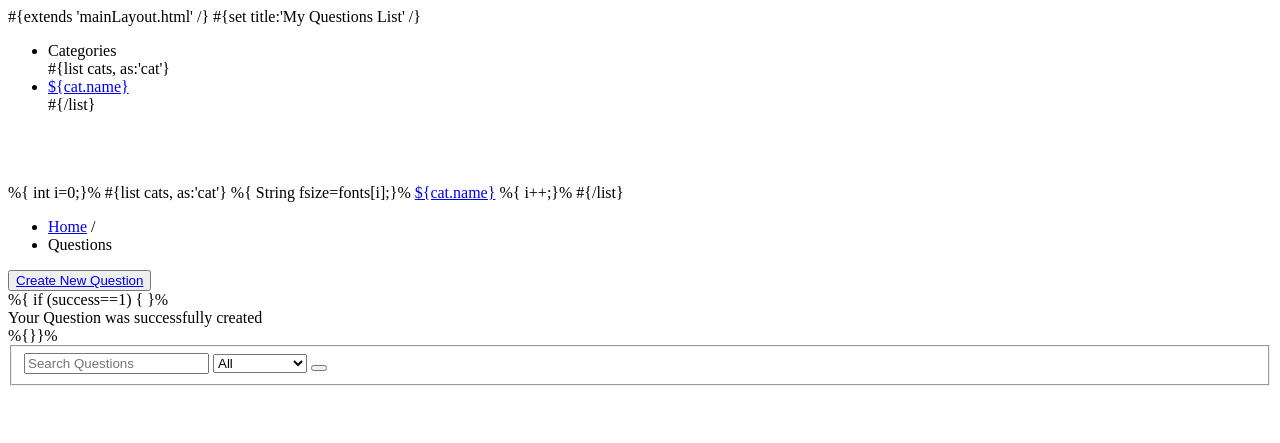
Repository: Maalejm/SEBA
Page: SlifeWebSite/app/views/Questions/index.html
An editor plug-in stored every save of this project. The page is shown before and after the next save, followed by the edit.
The browser window is 1280 px wide. The pictures show the whole page.

Above is the page before, as saved 2013-07-10 03:15:22.
Console error: SyntaxError: Invalid or unexpected token

### SlifeWebSite/app/views/Questions/index.html
#{extends 'mainLayout.html' /}
#{set title:'My Questions List' /}




<div class="container-fluid">

            <div class="row-fluid">
                <div class="span2">

                    <ul class="nav nav-list">
                        <li class="nav-header">Categories</li>

                        #{list cats, as:'cat'}
                         <li
                         %{ if(id.equals(cat.id.toString())) { }%
                          class="active"
                         %{ } }%
                         ><a class="catNav" href="/questions/${cat.id}">${cat.name}</a></li>
                        #{/list}

                    </ul>
                    <br/>
                    <br/>
                    <br/>
                    %{ int i=0;}%
                    #{list cats, as:'cat'}
                       %{ String fsize=fonts[i];}%
                       <span style="font-size:${fsize}px;"><a class="catNav" href="/questions/${cat.id}">${cat.name}</a></span>
                      %{ i++;}%
                    #{/list}


					<div>


                    </div>
                    <!--Sidebar content-->
                </div>
                <div class="span10">
                    <ul class="breadcrumb">
                        <li><a href="/">Home</a> <span class="divider">/</span></li>
                        <li class="active">Questions</li>
                    </ul>


                    <div class="btn-group">
                        <button class="btn"><a href="/questions/newQuestion">Create New Question</a></button>
                    </div>

                    %{ if (success==1) {  }%
                    <div class="success"> Your Question was successfully created</div>
                    %{}}%



                    <div class="span10 searchForm">

                            <fieldset>

                                <input name="search" class="span7" type="text" id="search"  placeholder="Search Questions" >
                                    <select id="category" class="span3">
                                        <option value="0">All</option>

                                        #{list cats, as:'cat'}
                                        <option value="${cat.id}">${cat.name}</option>
                                        #{/list}
                                    </select>

                                    <button type="submit" class="btn btn-primary"> <i class="icon-search icon-white"></i></button>
                           </fieldset>

                    </div>

                    <div  id="result">





           </div>



                    <!--Body content-->
                </div>
            </div>
        </div>





<script type="text/javascript" charset="${_response_encoding}">

    // Rebuild state

    $('#search').val(sessvars.search)
    //if(sessvars.page == undefined) {
        sessvars.page = 1
    //}

    //if(sessvars.firstPage == undefined) {
        sessvars.firstPage = 1
    //}

    //if(sessvars.lastPage == undefined) {
        sessvars.lastPage = 10
    //}


    // Search function
    var search = function() {
    	if($('.active .catNav').attr('href') != undefined)
    		$('#category').val($('.active .catNav').attr('href').split("/")[2])
        loadData($('#search').val(),$('#category').val(),10)

    }

    var loadData=function(search,category,size){


    	sessvars.search = search
        sessvars.category = category
        sessvars.size =size //$('#size').val()
        var listAction = #{jsAction @list(':search',':category', ':size', ':page',':firstPage',':lastPage') /}
        $('#result').load(listAction({search: sessvars.search,category :sessvars.category , size: sessvars.size,
        	page: sessvars.page
        	, firstPage: sessvars.firstPage, lastPage: sessvars.lastPage}), function() {


        })

    }

    // Events handler
    $('#submit').click(function() {
        sessvars.page = 1

        search()
    })
    $('#search').keyup(function() {
        sessvars.page = 1

        search()
    })

    $('#category').change(function() {
        sessvars.page = 1

        search()
    })


    $('#nextPage').live('click', function(e) {

    	pageinfo= $(this).attr('href').split(';');
    	sessvars.page =pageinfo[0]
        sessvars.firstPage=pageinfo[1]
        sessvars.lastPage=pageinfo[2]

        e.preventDefault()
        search()
    })

    $('#prePage').live('click', function(e) {
    	pageinfo= $(this).attr('href').split(';');
    	sessvars.page =pageinfo[0]
        sessvars.firstPage=pageinfo[1]
        sessvars.lastPage=pageinfo[2]

        e.preventDefault()
        search()
    })

    $('.pagebtn').live('click', function(e) {

    	pageinfo= $(this).attr('href').split(';');
    	sessvars.page =pageinfo[0]
        sessvars.firstPage=pageinfo[1]
        sessvars.lastPage=pageinfo[2]
        e.preventDefault()
        search()
    })


    $('.catNav').live('click', function(e) {

    	category=$(this).attr('href').split("/")[2]


    	$('#category').val(category)

    	sessvars.page =1
        sessvars.firstPage=1
        sessvars.lastPage=10
        $('#search').val("")
        $('.catNav').parent().removeClass('active');
        $(this).parent().addClass('active');
    	e.preventDefault()

       loadData("",category,10)
    })

    // Init
    //if(sessvars.search != undefined) {
        search()

  //  }

</script>

After the next save:
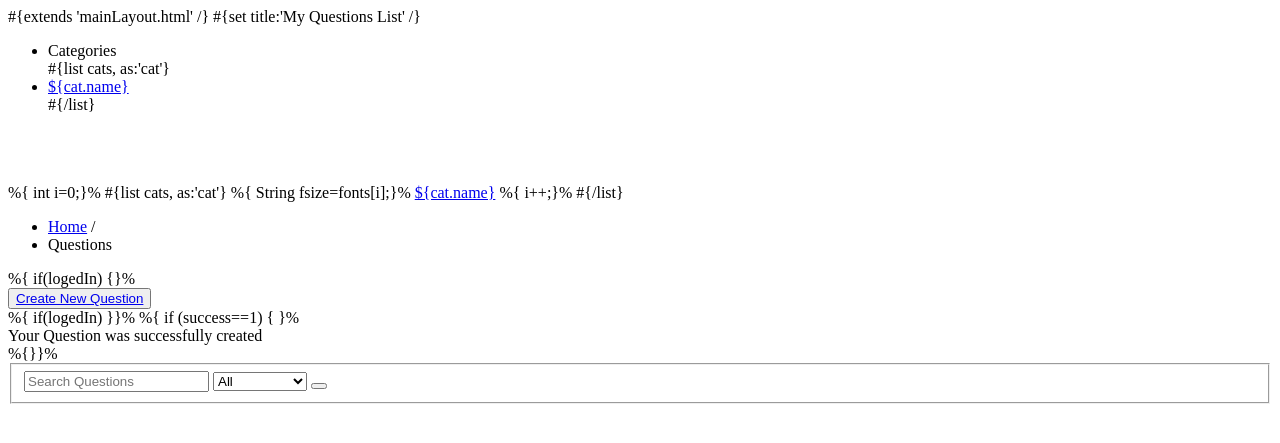
Saved 4 min 12 s later.
--- a/SlifeWebSite/app/views/Questions/index.html
+++ b/SlifeWebSite/app/views/Questions/index.html
@@ -44,11 +44,11 @@
                         <li class="active">Questions</li>
                     </ul>
 
-
+                     %{ if(logedIn) {}%
                     <div class="btn-group">
                         <button class="btn"><a href="/questions/newQuestion">Create New Question</a></button>
                     </div>
-
+                   %{ if(logedIn) }}%
                     %{ if (success==1) {  }%
                     <div class="success"> Your Question was successfully created</div>
                     %{}}%
